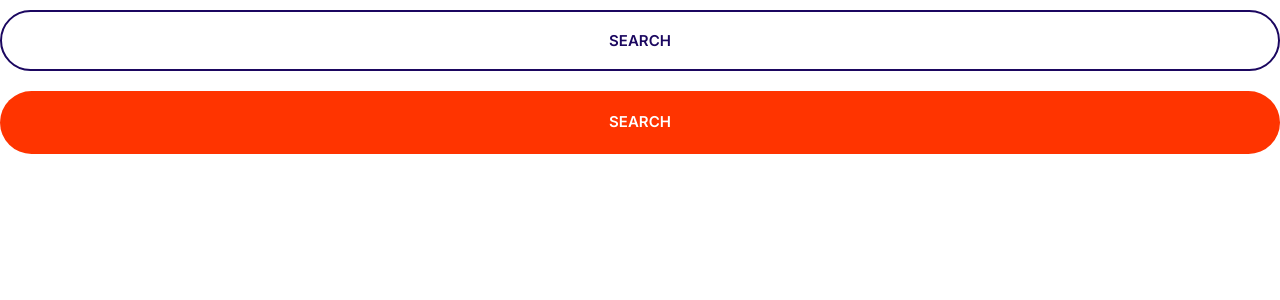
Repository: Qiwenweiii/CodeWithMosh
Page: index.html
The author's editor kept a copy of each file at every save. The page is drawn from the files as they stood at one save, then again after the next save.
The browser window is 1280 px wide. The pictures show the whole page.

Above is the page before, as saved 2021-11-11 21:02:17.

### index.html
<!DOCTYPE html>
<html>

<head>
    <title>CodeWithMosh</title>
    <meta charset="UTF-8" />

    <link rel="preconnect" href="https://fonts.googleapis.com" />
    <link rel="preconnect" href="https://fonts.gstatic.com" crossorigin />
    <link href="https://fonts.googleapis.com/css2?family=Inter:wght@400;600;700&display=swap" rel="stylesheet" />

    <link rel="stylesheet" href="./styles/normalize.css" />
    <link rel="stylesheet" href="./styles/styles.css" />
</head>

<body>
    <!-- <div class="input-group"> -->
    <!-- <input type="text" class="input" placeholder="Enter domain name here" /> -->
    <button class="btn btn--outline btn--block">Search</button>
    <a href="#" class="btn btn--accent btn--block">Search</a>
    <!-- </div> -->
</body>

</html>

### styles/styles.css
:root {
    /* 定义配色变量 */
    /* 主体配色 */
    --color-primary: #2584ff;
    --color-secondary: #00d9ff;
    --color-accent: #ff3400;
    /* 文本配色 */
    --color-headings: #1b0760;
    --color-body: #918ca4;
    --color-border: #ccc;
    --border-radius: 30px;
}

*,
*::before,
*::after {
    box-sizing: border-box;
}


/* 字体配置 */


/* 设置默认字体大小 */

html {
    /* 默认字体大小是16px，62.5%是10px */
    font-size: 62.5%;
}


/* 设置字体，字体大小和文本颜色 */

body {
    font-family: Inter, Arial, Helvetica, sans-serif;
    color: var(--color-body);
    font-size: 2.4rem;
    line-height: 1.5;
}

h1,
h2,
h3 {
    color: var(--color-headings);
    margin-bottom: 1rem;
}

h1 {
    font-size: 7rem;
}

h2 {
    font-size: 4rem;
}

h3 {
    font-size: 3rem;
}

p {
    margin-top: 0;
}


/* PC端页面字体大小 */

@media screen and (min-width: 1024px) {
    body {
        font-size: 1.8rem;
    }
    h1 {
        font-size: 8rem;
    }
    h3 {
        font-size: 2.4rem;
    }
}


/* 链接配置,Links */

a {
    text-decoration: none;
}

.link-arrow {
    color: var(--color-accent);
    text-transform: uppercase;
    font-size: 2rem;
    font-weight: bold;
}

.link-arrow::after {
    content: "-->";
    margin-left: 5px;
    transition: margin 0.15s;
}

.link-arrow:hover::after {
    margin-left: 10px;
}

@media screen and (min-width: 1024px) {
    .link-arrow {
        font-size: 1.5rem;
    }
}


/* 标签的样式 */


/* 结构 */

.badge {
    border-radius: 20px;
    padding: 0.5rem 2rem;
    font-weight: 600;
    font-size: 2rem;
    white-space: nowrap;
}


/* 外观，常规标签 */

.badge--primary {
    background: var(--color-primary);
    color: #fff;
}

.badge--secondary {
    background: var(--color-secondary);
    color: #fff;
}


/* 小标签 */

.badge--small {
    font-size: 1.6rem;
}

@media screen and (min-width: 1024px) {
    .badge {
        font-size: 1.5rem;
    }
    .badge--small {
        font-size: 1.2rem;
    }
}


/* 列表 */

.list {
    list-style: none;
    padding-left: 0;
    color: var(--color-headings);
}

.list--inline .list__item {
    display: inline-block;
    margin-right: 2rem;
}

.list--tick {
    padding-left: 3rem;
    list-style-image: url(../images/tick.svg);
}

.list--tick .list__item {
    padding-left: 0.5rem;
    margin-bottom: 1rem;
}

@media screen and (min-width: 1024px) {
    .list--tick .list__item {
        padding-left: 0;
    }
}


/* Icon，图标 */

.icon-container {
    display: flex;
    justify-content: center;
    align-items: center;
    background: #f3f9fa;
    width: 64px;
    height: 64px;
    border-radius: 100%;
}

.icon {
    width: 40px;
    height: 40px;
}

.icon--primary {
    fill: var(--color-primary);
}


/* 按钮组件 */

.btn {
    font-size: 1.8rem;
    font-weight: 600;
    text-transform: uppercase;
    text-align: center;
    padding: 2rem 3rem;
    margin: 1rem 0;
    border: 0;
    border-radius: 40px;
    cursor: pointer;
    white-space: nowrap;
}

.btn--primary {
    background-color: var(--color-primary);
    color: #fff;
}

.btn--primary:hover {
    background-color: #3a8ffd;
}

.btn--secondary {
    background-color: var(--color-secondary);
    color: #fff;
}

.btn--secondary:hover {
    background-color: #00c8eb;
}

.btn--accent {
    background-color: var(--color-accent);
    color: #fff;
}

.btn--accent:hover {
    background-color: #ec3000;
}

.btn--outline {
    background-color: #fff;
    color: var(--color-headings);
    border: 2px solid var(--color-headings);
}

.btn--outline:hover {
    background-color: var(--color-headings);
    color: #fff;
}

.btn--block {
    width: 100%;
    display: inline-block;
}

@media screen and (min-width: 1024px) {
    .btn {
        font-size: 1.5rem;
    }
}


/* 输入框组件 */

.input {
    padding: 1.5rem 3.5rem;
    border: 1px solid var(--color-border);
    border-radius: var(--border-radius);
    outline: none;
    color: var(--color-headings);
    font-size: 2rem;
}

::placeholder {
    color: #cdcdb7;
}

.input-group {
    border: 1px solid var(--color-border);
    border-radius: var(--border-radius);
}

@media screen and (min-width: 1024px) {
    .input {
        font-size: 1.5rem;
    }
}

Loaded but not shown: styles/normalize.css (library)

After the next save:
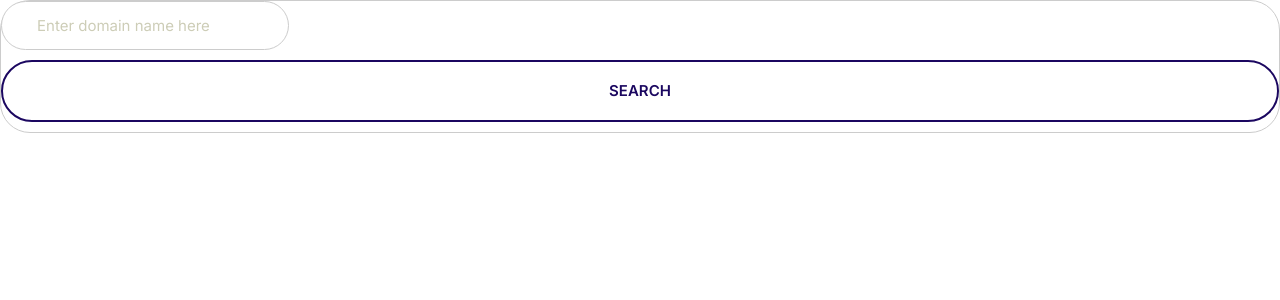
Saved 28 min 27 s later.
--- a/index.html
+++ b/index.html
@@ -14,11 +14,10 @@
 </head>
 
 <body>
-    <!-- <div class="input-group"> -->
-    <!-- <input type="text" class="input" placeholder="Enter domain name here" /> -->
-    <button class="btn btn--outline btn--block">Search</button>
-    <a href="#" class="btn btn--accent btn--block">Search</a>
-    <!-- </div> -->
+    <div class="input-group">
+        <input type="text" class="input" placeholder="Enter domain name here" />
+        <button class="btn btn--outline btn--block">Search</button>
+    </div>
 </body>
 
 </html>
